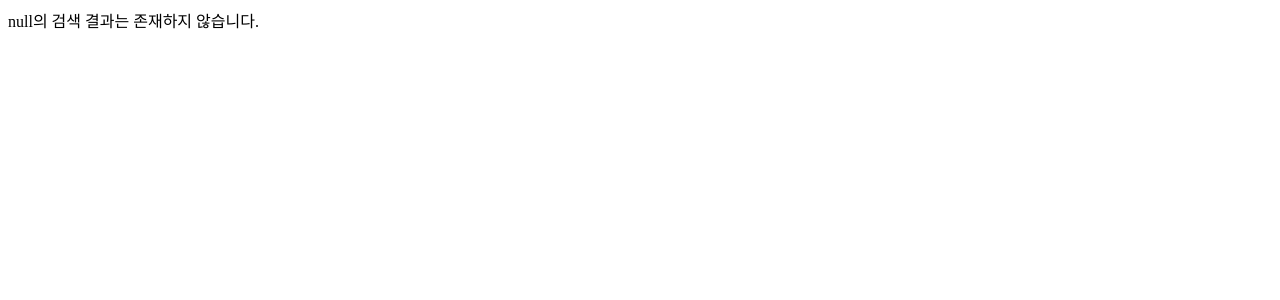
Repository: hus0124/M-IT
Page: http://localhost/Test3/result.jsp
These files come from the project's save history. The page is drawn as it stood at one moment and after the next save; the edit follows.
The browser window is 1280 px wide. The pictures show the whole page.
The page is served by Tomcat 9.

Above is the page before, as saved 2020-01-02 00:30:54.

### JSP_Workspaces/Test3/WebContent/result.jsp
<%@ page language="java" contentType="text/html; charset=EUC-KR"
    pageEncoding="EUC-KR"%>
<!DOCTYPE html PUBLIC "-//W3C//DTD HTML 4.01 Transitional//EN" "http://www.w3.org/TR/html4/loose.dtd">
<html>
<head>
<meta http-equiv="Content-Type" content="text/html; charset=EUC-KR">
<title>Insert title here</title>
</head>
<body>
	<% String result = request.getParameter("search"); %> <%=result %>의 검색 결과는 존재하지 않습니다.
</body>
</html>

After the next save:
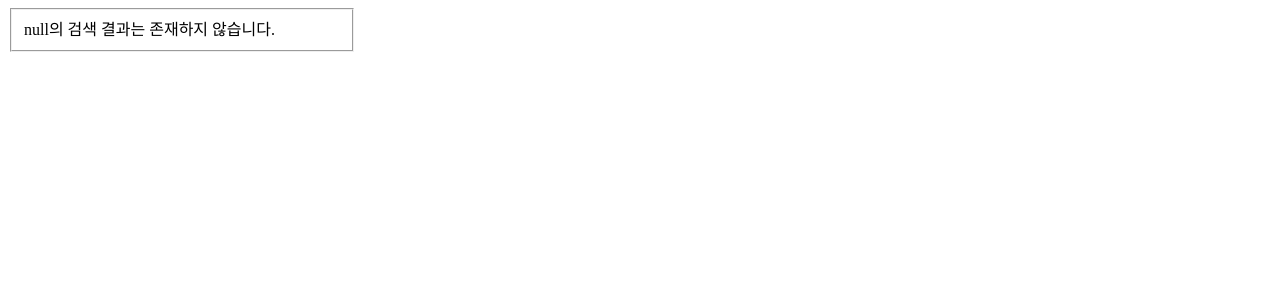
Saved 32 s later.
--- a/JSP_Workspaces/Test3/WebContent/result.jsp
+++ b/JSP_Workspaces/Test3/WebContent/result.jsp
@@ -7,6 +7,8 @@
 <title>Insert title here</title>
 </head>
 <body>
+<fieldset style="width:25%">
 	<% String result = request.getParameter("search"); %> <%=result %>의 검색 결과는 존재하지 않습니다.
+</fieldset>
 </body>
 </html>
